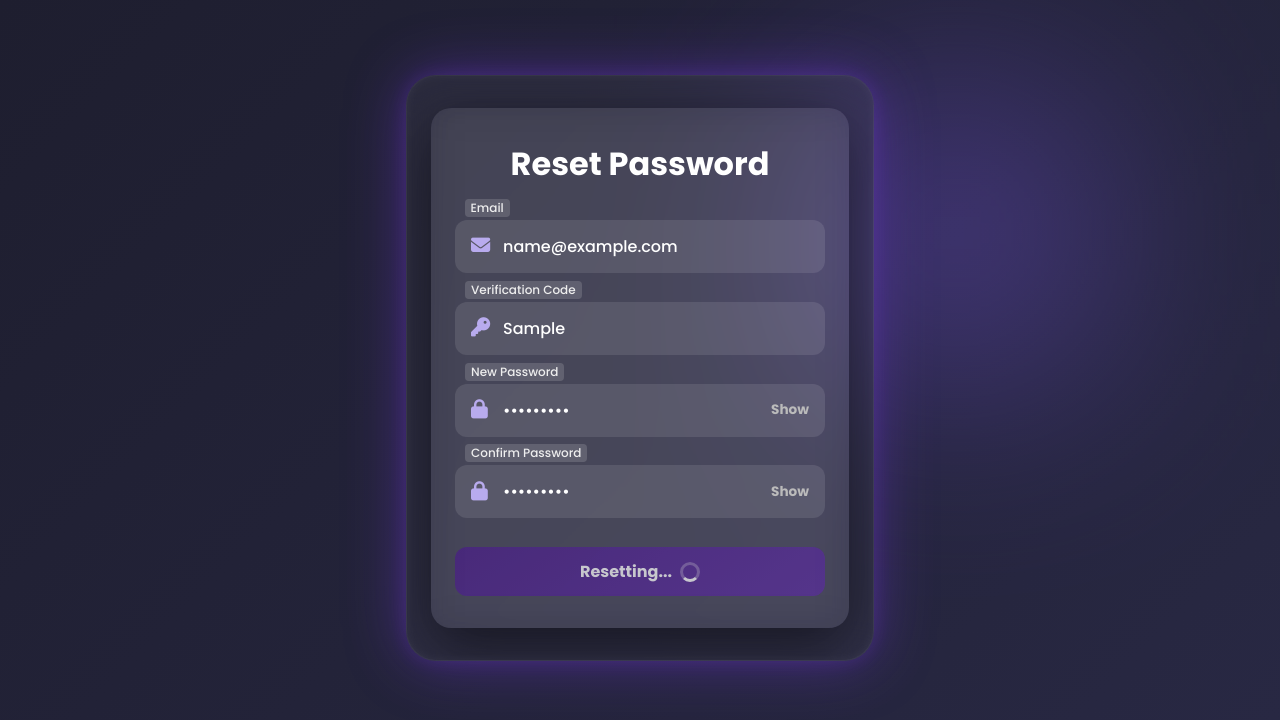
Repository: Punith-Singh/chatbot
Page: frontend/reset-password.html
These files come from the project's save history. The page is drawn as it stood at one moment and after the next save; the edit follows.
The browser window is 1280 px wide. The pictures show the whole page.
Empty fields were first filled with sample values (such as "Sample", 5 or name@example.com).
After loading, the first visible `#reset-button` was clicked once.

Above is the page before, as saved 2025-07-20 15:27:57.

After the next save:
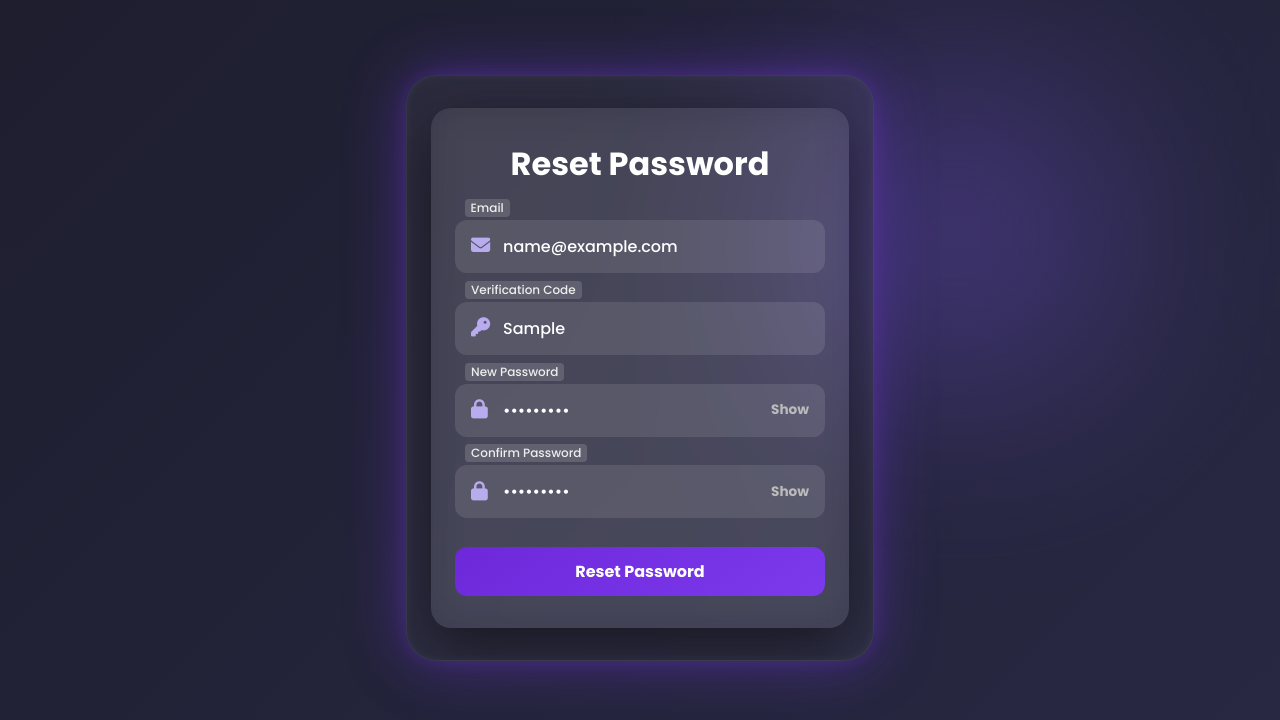
Console error: SyntaxError: Unexpected end of input
Saved 19 min 54 s later.
--- a/frontend/reset-password.html
+++ b/frontend/reset-password.html
@@ -503,32 +503,33 @@
       resetButton.disabled = true;
 
       try {
-        // Simulate API call with a delay
-        await new Promise(resolve => setTimeout(resolve, 2000)); // Simulate 2-second network delay
-
-        // Simulate backend response
-        // For demonstration:
-        // - Success if email is 'test@example.com' and code is '12345'
-        // - Error otherwise
-        if (email === "test@example.com" && code === "12345") {
-          showSuccess("Password successfully changed! You can now log in with your new password.");
-          // In a real application, you would redirect here:
-          // setTimeout(() => {
-          //   window.location.href = "login.html";
-          // }, 3000);
-        } else {
-          showError("Invalid email or verification code. Please try again.");
-        }
-      } catch (error) {
-        console.error("Reset password error:", error);
-        showError("An unexpected error occurred. Please try again later.");
-      } finally {
-        // Hide loading state
-        buttonText.textContent = "Reset Password";
-        loadingSpinner.style.display = "none";
-        resetButton.disabled = false;
-      }
-    }
+  const response = await fetch("http://localhost:5000/reset-password", {
+    method: "POST",
+    headers: {
+      "Content-Type": "application/json"
+    },
+    body: JSON.stringify({
+      email,
+      code,
+      new_password: newPassword
+    })
+  });
+
+  const result = await response.json();
+
+  if (response.ok) {
+    showSuccess(result.message || "Password successfully changed! You can now log in.");
+    // Redirect after success
+    setTimeout(() => {
+      window.location.href = "login.html";
+    }, 3000);
+  } else {
+    showError(result.error || "Invalid code or email. Please try again.");
+  }
+} catch (error) {
+  console.error("Reset error:", error);
+  showError("Something went wrong. Please try again later.");
+}
   </script>
 </body>
 </html>

After the 2 saves that followed:
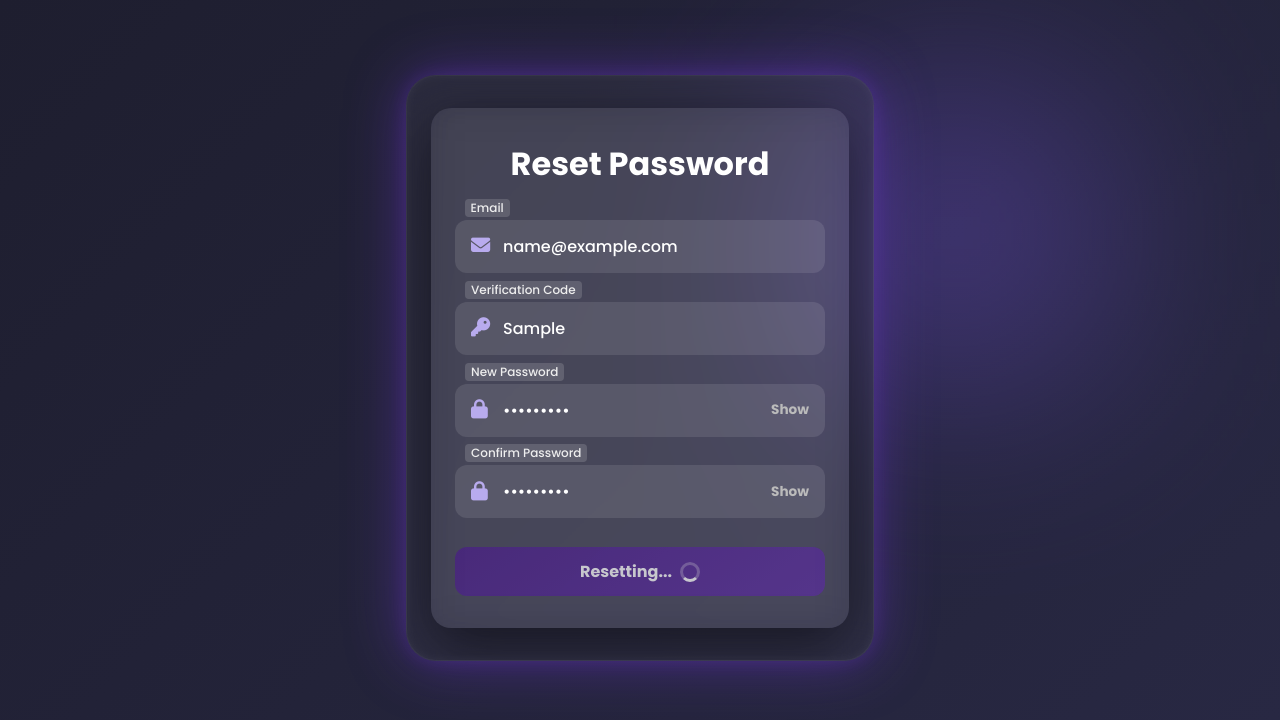
The error is gone.
The 2 saves are shown as one change because they came seconds apart.
The last was saved 15 s later.
--- a/frontend/reset-password.html
+++ b/frontend/reset-password.html
@@ -503,33 +503,32 @@
       resetButton.disabled = true;
 
       try {
-  const response = await fetch("http://localhost:5000/reset-password", {
-    method: "POST",
-    headers: {
-      "Content-Type": "application/json"
-    },
-    body: JSON.stringify({
-      email,
-      code,
-      new_password: newPassword
-    })
-  });
-
-  const result = await response.json();
-
-  if (response.ok) {
-    showSuccess(result.message || "Password successfully changed! You can now log in.");
-    // Redirect after success
-    setTimeout(() => {
-      window.location.href = "login.html";
-    }, 3000);
-  } else {
-    showError(result.error || "Invalid code or email. Please try again.");
-  }
-} catch (error) {
-  console.error("Reset error:", error);
-  showError("Something went wrong. Please try again later.");
-}
+        // Simulate API call with a delay
+        await new Promise(resolve => setTimeout(resolve, 2000)); // Simulate 2-second network delay
+
+        // Simulate backend response
+        // For demonstration:
+        // - Success if email is 'test@example.com' and code is '12345'
+        // - Error otherwise
+        if (email === "test@example.com" && code === "12345") {
+          showSuccess("Password successfully changed! You can now log in with your new password.");
+          // In a real application, you would redirect here:
+          // setTimeout(() => {
+          //   window.location.href = "login.html";
+          // }, 3000);
+        } else {
+          showError("Invalid email or verification code. Please try again.");
+        }
+      } catch (error) {
+        console.error("Reset password error:", error);
+        showError("An unexpected error occurred. Please try again later.");
+      } finally {
+        // Hide loading state
+        buttonText.textContent = "Reset Password";
+        loadingSpinner.style.display = "none";
+        resetButton.disabled = false;
+      }
+    }
   </script>
 </body>
 </html>
